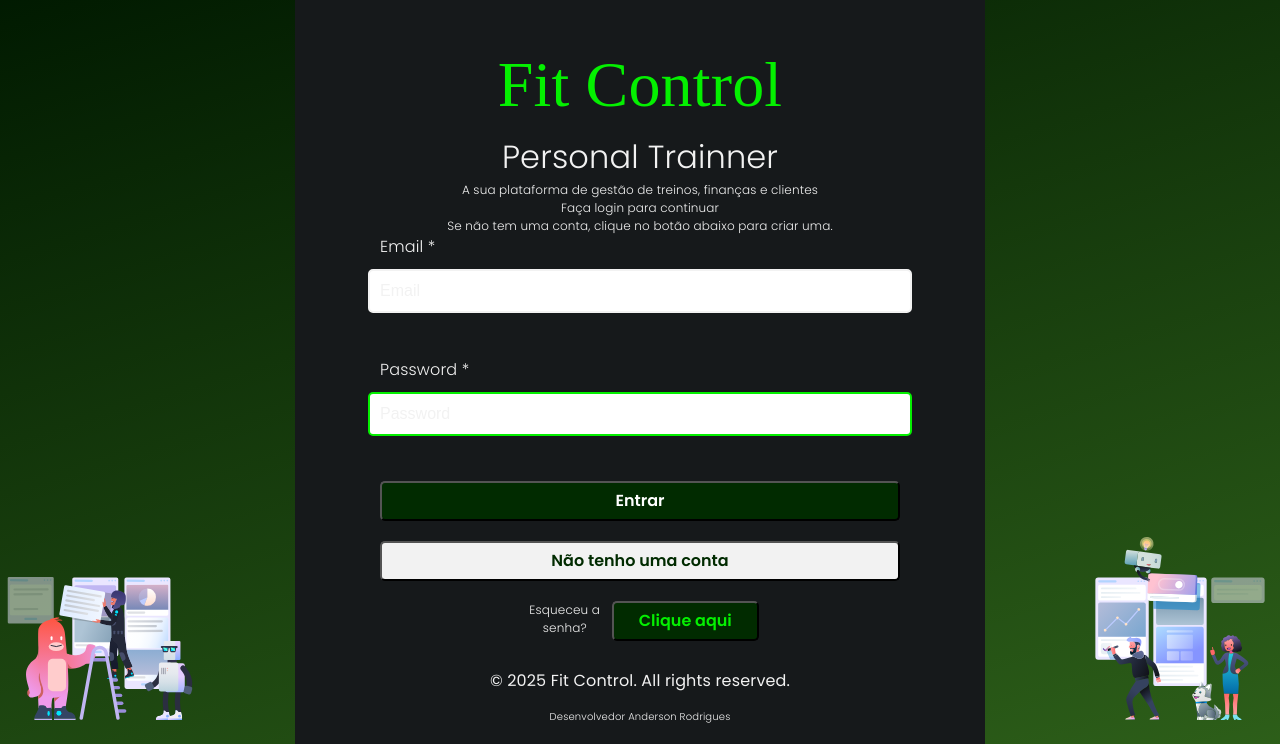
Repository: fit-control/frontend-fit-control
Page: /
The author's editor kept a copy of each file at every save. The page is drawn from the files as they stood at one save, then again after the next save.
The browser window is 1280 px wide. The pictures show the whole page.
The page's requests for data from a server got no answer. Some web fonts or font styles are not loaded; a fallback is used. The project was rebuilt for these pictures with package versions that can differ from the ones it lists, and the page was loaded fresh each time. No one was signed in, and anything a server would have sent is missing. Also part of the build but not shown: next.config.js, vite.config.ts, src/components/containerCenterCadastro.tsx, src/pages/About.tsx, src/pages/NotFound.tsx, src/components/AuthRoutes.tsx, src/pages/PaginaTeste.tsx.

Above is the page before, as saved 2025-03-23 16:30:36.

### src/main.tsx
import { StrictMode } from 'react'
import { createRoot } from 'react-dom/client'
import './App.css'
import App from './App.tsx'
import { AuthProvider } from './context/auth.tsx'

createRoot(document.getElementById('root')!).render(
  <StrictMode>
    <AuthProvider>
      <App />
    </AuthProvider>
  </StrictMode>,
)

### src/App.css
@import url('https://fonts.googleapis.com/css2?family=Alike+Angular&family=Platypi:ital,wght@0,300..800;1,300..800&family=Poppins:ital,wght@0,100;0,200;0,300;0,400;0,500;0,600;0,700;0,800;0,900;1,100;1,200;1,300;1,400;1,500;1,600;1,700;1,800;1,900&display=swap');
@import url('https://fonts.googleapis.com/css2?family=Aguafina+Script&family=Alike+Angular&family=Platypi:ital,wght@0,300..800;1,300..800&family=Poppins:ital,wght@0,100;0,200;0,300;0,400;0,500;0,600;0,700;0,800;0,900;1,100;1,200;1,300;1,400;1,500;1,600;1,700;1,800;1,900&display=swap');
/* @tailwind base;
@tailwind components;
@tailwind utilities; */

/* :root {
  --background: #ffffff;
  --foreground: #171717;
}

@media (prefers-color-scheme: light) {
  :root {
    --background: #0a0a0a;
    --foreground: #ededed;
  }
} */

body {
  padding: 0;
  margin: 0;
  font-family: Poppins, sans-serif;
  font-size: 16px;
  line-height: 1.5;
  font-weight: 400;
  width: 100vw;
  height: 100vh;
  letter-spacing: 0.01em;
  display: flex;
  justify-content: center;
  align-items: center;

  .iconPageLeft {
    position: absolute;
    left: 0;
    bottom: 0;
    max-width: 400px;
    max-height: 400px;

    @media (max-width: 1480px) {
      max-width: 300px;
      max-height: 300px;
    }
    @media (max-width: 1280px) {
      max-width: 200px;
      max-height: 200px;
    }
    @media (max-width: 930px) {
      display: none;
    }
  }
  .iconPageRight {
    position: absolute;
    right: 0;
    bottom: 0;
    max-width: 400px;
    max-height: 400px;

    @media (max-width: 1480px) {
      max-width: 300px;
      max-height: 300px;
    }

    @media (max-width: 1280px) {
      max-width: 200px;
      max-height: 200px;
    }
    @media (max-width: 930px) {
      display: none;
    }
  }

  .containerLogin {
    width: 650px;
    min-height: calc(100vh - 40px);
    display: flex;
    flex-direction: column;
    justify-content: space-between;
    padding: 20px;
    align-items: center;
    background-color: #16191B;

    @media (max-width: 930px) {
      width: calc(100vw - 40px);
      overflow: hidden;
    }
    .divTitle {
      margin-top: 40px;
      display: flex;
      flex-direction: column;
      align-items: center;
      justify-content: center;

      h1 {
        margin: 0;
        color: #04F000;
        font-family: 'Aguafina Script', cursive;
        font-size: 4rem;
        font-weight: 400;
      }
      h3 {
        margin: 0;
        color: #F2F2F2;
        font-family: 'Poppins', sans-serif;
        font-size: 2rem;
        font-weight: 300;
      }
      p {
        color: #F2F2F2;
        font-size: 12px;
        font-weight: 300;
        margin: 0;
        text-align: center;
        display: flex;
      }
    }
    p {
      text-align: center;
      display: flex;
      color: #F2F2F2;
    }
    footer {
      display: flex;
      flex-direction: column;
      align-items: center;
      justify-content: center;

      .assignDeveloper {
        margin: 0%;
        color: #F2F2F2;
        font-size: 10px;
        font-weight: 300;
      }
    }

    .centerCard {
      display: flex;
      flex-direction: column;
      align-items: center;
      justify-content: center;
      gap: 10px;
      width: -webkit-fill-available;

      select {
        width: 84%;
        border-radius: 5px;
        height: 40px;
        margin-bottom: 10px;
      }
      input {
        width: 80%;
        height: 40px;
        border: 2px solid #F2F2F2;
        border-radius: 5px;
        padding: 0 10px;
        /* background-color: #16191B; */
        color: #16191B;
        font-size: 16px;
        font-weight: 300;
        outline: none;
        margin-bottom: 35px;
        transition: all 0.3s ease;
        &::placeholder {
          color: #F2F2F2;
          font-size: 16px;
          font-weight: 300;
        }
        &:focus {
          border-color: #04F000;
        }
      }
      label {
        color: #F2F2F2;
        font-size: 16px;
        font-weight: 300;
        display: flex;
        justify-content: flex-start;
        width: 80%;
      }
      button {
        width: 80%;
        height: 40px;
        border-radius: 5px;
        padding: 0 10px;
        background-color: #012B00;
        color: #FFFFFF;
        font-family: 'Poppins', sans-serif;
        font-size: 16px;
        font-weight: 600;
        outline: none;
        transition: all 0.3s ease;
      }
      button:hover {
        background-color: #F2F2F2;
        color: #16191B;
        cursor: pointer;
      }
      button:active {
        background-color: #04F000;
        color: #16191B;
        cursor: pointer;
        opacity: 0.5;
      }
      button:disabled {
        background-color: #F2F2F2;
        color: #16191B;
        cursor: not-allowed;
        opacity: 0.5;
      }
      button:focus {
        outline: none;
      }
      button:focus-visible {
        outline: 1px solid #F2F2F2;
      }
      .registerButton {
        background-color: #F2F2F2;
        color: #012B00;
        font-family: 'Poppins', sans-serif;
        font-size: 16px;
        font-weight: 600;
        outline: none;
        transition: all 0.3s ease;
        margin-top: 10px;

      }
      .registerButton:hover {
        background-color: #012B00;
        text-decoration: underline;
        color: #F2F2F2;
        cursor: pointer;
        transition: all 0.4s ease-in-out;
      }
      .registerLink {
        color: #04F000;
        font-weight: 600;
      }
      .forgotPassword {
        margin-top: 10px;
        font-size: 12px;
        font-weight: 300;
        gap: 3px;
      }
      .registerLink {
        color: #04F000;
        font-weight: 600;
        text-decoration: none;
      }
      .registerLink:hover {
        text-decoration: underline;
      }
    }
  }
}

### src/App.tsx
import './App.css'
import Home from './pages/Home'
import About from './pages/About';
import NotFound from './pages/NotFound';
import { BrowserRouter as Router, Route, Routes } from "react-router-dom";
import AuthRoutes from './components/AuthRoutes';
import PaginaTeste from './pages/PaginaTeste';

function App() {

  return (
    <Router>
      <div>
      <Routes>
        <Route index element={<Home />} />
        <Route path="/cadastro" element={<Home />}/>
          <Route element={<AuthRoutes />}>
            <Route path="/pagina-teste" element={<PaginaTeste />}/>
          </Route>
          <Route path="/about" element={<About />} />
        <Route path="*" element={<NotFound />} />
      </Routes>
      </div>
    </Router>
  );
}

export default App

### src/context/auth.tsx
import React, { createContext, useContext, useState, useEffect, useCallback } from "react";
import axios from "axios";
import api from "../api/api";

interface User {
  id: string;
  email: string;
  password: string;
  name: string;
  role: string;
}

interface AuthContextType {
  user: User | null;
  login: (email: string, password: string) => Promise<User>;
  logout: () => void;
  isAuthenticated: boolean;
}

// Criação do contexto
const AuthContext = createContext<AuthContextType>({
  user: {
    id: '',
    email: '',
    password: '',
    name: '',
    role: ''
  },
  login: async () => ({
    id: '',
    email: '',
    password: '',
    name: '',
    role: ''
  }),
  logout: () => {},
  isAuthenticated: false
});

// Provider do contexto de autenticação
export const AuthProvider = ({ children }: { children: React.ReactNode }) => {
  const [user, setUser] = useState<User | null>(null);
  const [isAuthenticated, setIsAutenticatad] = useState<boolean>(false);

  const logout = () => {
    setIsAutenticatad(false);
    setUser(null);
    localStorage.removeItem("token");
    delete axios.defaults.headers.common["Authorization"];
  };

  const fetchUserData = useCallback(async (authToken: string) => {
    try {
      const response = await axios.get("/auth/me", {
        headers: { Authorization: `Bearer ${authToken}` },
      });
      setUser(response.data);
    } catch (error) {
      console.error("Erro ao buscar dados do usuário:", error);
      logout();
    }
  }, []);

  useEffect(() => {
    // Verifica se há um token salvo no localStorage ao carregar a aplicação
    const storedToken = localStorage.getItem("token");
    if (storedToken) {
      setIsAutenticatad(true);
      axios.defaults.headers.common["Authorization"] = `Bearer ${storedToken}`;
      fetchUserData(storedToken); // Busca os dados do usuário autenticado
    }
  }, [fetchUserData]);

  const login = async (email: string, password: string): Promise<User> => {
    console.log("Iniciando login com:", email, password);

    try {
      const response = await api.post("/api/login", { email, password });
      console.log("Resposta da API:", response.data);

      const { token } = response.data;

      if(token)setIsAutenticatad(true);
      localStorage.setItem("token", token);
      axios.defaults.headers.common["Authorization"] = `Bearer ${token}`;

      const fakeUser: User = {
        id: "123",
        email,
        password,
        name: "Usuário Fake",
        role: "Admin",
      };

      setUser(fakeUser);
      console.log("Usuário autenticado:", fakeUser);
      console.log(isAuthenticated)

      return fakeUser;
    } catch (error) {
      console.warn("Erro no login:", error);
      throw error; // Re-lança o erro para ser tratado pelo componente
    }
  };



  return (
    <AuthContext.Provider value={{ user, isAuthenticated, login, logout }}>
         {children}
    </AuthContext.Provider>
  );
};

// Hook para consumir o contexto
export const useAuth = () => useContext(AuthContext);

### src/pages/Home.tsx
import ContainerCenterCadastro from "../components/containerCenterCadastro";
import ContainerCenterLogin from "../components/containerCenterLogin";
import { useLocation } from "react-router-dom";

function Home() {
  const location = useLocation();
  return (
    <div className="items-center justify-items-center min=w-screen flex fundo_login" style={{
      width: '100vw',
      background: 'linear-gradient(343deg, rgba(22, 77, 0, 0.9), rgba(0, 25, 0, 10.9))'
    }}>
       {location.pathname === "/cadastro" ? <ContainerCenterCadastro /> : <ContainerCenterLogin />}
    </div>
  );
}
export default Home;

### src/api/api.ts
import axios from "axios";

const baseURL = import.meta.env.VITE_BASE_URL; // Use import.meta.env
const api = axios.create({
  baseURL: baseURL, // URL base da API
  timeout: 5000, // Tempo limite para requisições
  headers: { "Content-Type": "application/json" }, // Cabeçalhos padrão
});

// Interceptor para adicionar o token de autenticação nas requisições
api.interceptors.request.use(
    (config) => {
      // Recuperar o token do localStorage (ou outra fonte)
      const token = localStorage.getItem("token");

      if (token) {
        // Adicionar o token no cabeçalho da requisição
        config.headers.Authorization = `Bearer ${token}`;
      }

      // Retornar a configuração modificada
      return config;
    },
    (error) => {
      // Tratar erros na configuração da requisição
      console.error("Erro ao configurar a requisição:", error);
      return Promise.reject(error);
    }
  );

  // Interceptor para tratar respostas da API
  api.interceptors.response.use(
    (response) => {
      // Aqui você pode processar a resposta antes de retornar os dados
      console.log("Resposta bem-sucedida:", response);
      return response;
    },
    (error) => {
      // Tratar erros de resposta (ex.: erro 401 ou 500)
      if (error.response) {
        console.error("Erro na resposta da API:", error.response.data);

        // Exemplo: Redirecionar para login em caso de erro 401 (não autorizado)
        if (error.response.status === 401) {
          console.log("Token expirado. Redirecionando para login...");
          window.location.href = "/";
        }
      } else {
        console.error("Erro na requisição:", error.message);
      }

      return Promise.reject(error);
    }
  );

export default api;

### src/components/containerCenterLogin.tsx
import { useAuth } from "../context/auth";
import { useState } from "react";
import { useNavigate } from "react-router-dom";
import { ToastContainer, toast } from "react-toastify";
import "react-toastify/dist/ReactToastify.css";
import { useForm } from 'react-hook-form'
import { IAuthUser } from "../types/AuthType";

const ContainerCenterLogin = () => {
  const { login } = useAuth();
  const navigate = useNavigate();
  // const [email, setEmail] = useState('');
  // const [password, setPassword] = useState('');
  const [loading, setLoading] = useState(false);

  // const handleLogin = async () => {
  //   setLoading(true);
  //   console.log("CLICOU"); // Certifique-se de que o botão foi clicado
  //   try {
  //     console.log("BUSCANDO...");
  //     console.log("Email:", email, "Password:", password); // Log dos dados enviados
  //     const data = await login(email, password); // Chamada do login
  //     toast.success(`Bem vindo ${data.name}!!`)
  //     setTimeout(() => {
  //       navigate('/pagina-teste')
  //     }, 3000)
  //     console.log("Data retornada do login:", data); // Log dos dados retornados
  //   // eslint-disable-next-line @typescript-eslint/no-unused-vars
  //   } catch (error) {
  //     toast.error("Erro ao fazer login. Verifique suas credenciais.")
  //   }finally{
  //     setLoading(false);
  //   }
  // };

  const [errorMessage, setErrorMessage] = useState<string | undefined>(
    undefined,
  )

  const {
    handleSubmit,
    register,
    reset,
    getValues} = useForm<IAuthUser>({
    mode: 'onSubmit',
  })

  // useEffect(() => {
  //   const savedCredentials = getDadosProfileLocalStorage()
  //   if (savedCredentials) {
  //     try {
  //       const { user, password } = savedCredentials
  //       setValue('user', user)
  //       setValue('password', password)
  //     } catch (error) {
  //       console.error('Failed to parse saved credentials:', error)
  //     }
  //   }
  // }, [setValue])

  const handleFormSubmit = async ({ email, password }: IAuthUser) => {
    console.log("ENTROU AQUI")
    setLoading(true);
    // const credentials = { user, password }
    // setDadosProfileLocalStorage(credentials)

    try {
      const response = await login(email, password)
      if (response) {
        toast.success(`Seja bem vindo ${response.name}! login realizado com sucesso.`)
        setTimeout(() => {navigate('/pagina-teste')}, 1000)
      }
    } catch (error) {
      // setFocus('email')
      // setFocus('password')
      toast.error('Email ou senha inválidos. Tente novamente.')
      if (error instanceof Error) setErrorMessage(error.message)
        setTimeout(() => {
          setErrorMessage(() => '')
        }, 2000)
    }finally{
      setLoading(false);
    }
  }

//   const handleFormSubmit = (data: IAuthUser) => {
//   console.log("Entrou na função handleFormSubmit com os dados:", data);
// };
  return (
    <form style={{
      width: '100vw',
      justifyContent: "center",
      display: "flex",
    }} onSubmit={(e) => {
      e.preventDefault();
      console.log("Valores no form:", getValues());
      handleSubmit(handleFormSubmit)(e);
    }}>
      <img src="/trello-right.e6e102c7 (1).svg" alt="iconPageLeft" className="iconPageLeft" />
        <main className="containerLogin">
        <div className="divTitle">
          <h1 className="title">Fit Control</h1>
          <h3 className="subtitle">Personal Trainner</h3>
          <p className="description">A sua plataforma de gestão de treinos, finanças e clientes</p>
          <p className="description">Faça login para continuar</p>
          <p className="description">Se não tem uma conta, clique no botão abaixo para criar uma.</p>

        </div>
        <div className="centerCard">
          <label htmlFor="email" style={{ color: errorMessage ? "red" : ""}}>Email *</label>
          <input
            type="text"
            placeholder="Email"
            {...register('email', {
              required: 'Email é obrigatório',
            })}
            autoFocus
            style={{ borderColor: errorMessage ? "red" : "" }}
          />
          <label htmlFor="password" style={{ color: errorMessage ? "red" : ""}}>Password *</label>
          <input
            type="password"
            placeholder="Password"
            {...register('password', {
              required: 'Senha é obrigatória',

            })}
            autoFocus
            style={{ borderColor: errorMessage ? "red" : ""}}
          />
          <button disabled={loading} type="submit">
            {loading ? 'Carregando...' : 'Entrar'}
          </button>
          <button className="registerButton" type="button" onClick={(e) => {
            e.preventDefault(); // Impede a ação padrão do botão
            setTimeout(() => {
              navigate('/cadastro');
              reset(); // Reseta o formulário
            }, 1000);
          }}>Não tenho uma conta</button>
          <p className="forgotPassword">Esqueceu a senha? <button type="button" onClick={(e) => {
            e.preventDefault(); // Impede a ação padrão do botão
            setTimeout(() => {
              navigate('/recuperar-senha');
              reset(); // Reseta o formulário
            }, 1000);
          }} className="registerLink">Clique aqui</button></p>
          {errorMessage && (
              <div style={{ maxWidth: '85%', textAlign: 'center', color: 'red' }}>
                {errorMessage}
              </div>
            )}
        </div>

        <footer className="">
          <p className="">
            &copy; {new Date().getFullYear()} Fit Control. All rights reserved.
          </p>
          <p className="assignDeveloper">Desenvolvedor Anderson Rodrigues</p>
        </footer>
      </main>
      <img src="/trello-left.4f52d13c (1).svg" alt="iconPageRight" className="iconPageRight" />
      <ToastContainer />
    </form>
  );
};

export default ContainerCenterLogin;

Loaded but not shown: index.html (common file); tailwind.config.js (common file)

After the next save:
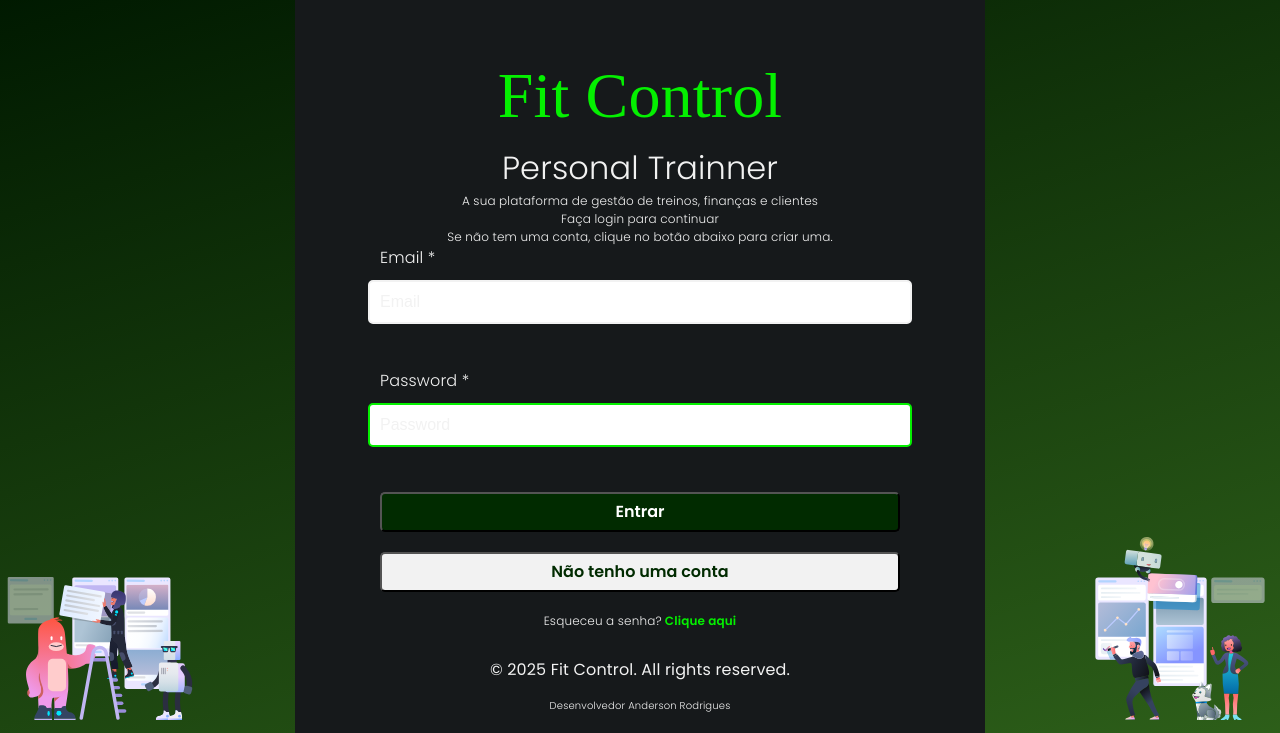
Saved 41 s later.
--- a/src/components/containerCenterLogin.tsx
+++ b/src/components/containerCenterLogin.tsx
@@ -138,13 +138,13 @@ const ContainerCenterLogin = () => {
               reset(); // Reseta o formulário
             }, 1000);
           }}>Não tenho uma conta</button>
-          <p className="forgotPassword">Esqueceu a senha? <button type="button" onClick={(e) => {
+          <p className="forgotPassword">Esqueceu a senha? <a onClick={(e) => {
             e.preventDefault(); // Impede a ação padrão do botão
             setTimeout(() => {
               navigate('/recuperar-senha');
               reset(); // Reseta o formulário
             }, 1000);
-          }} className="registerLink">Clique aqui</button></p>
+          }} className="registerLink">Clique aqui</a></p>
           {errorMessage && (
               <div style={{ maxWidth: '85%', textAlign: 'center', color: 'red' }}>
                 {errorMessage}
